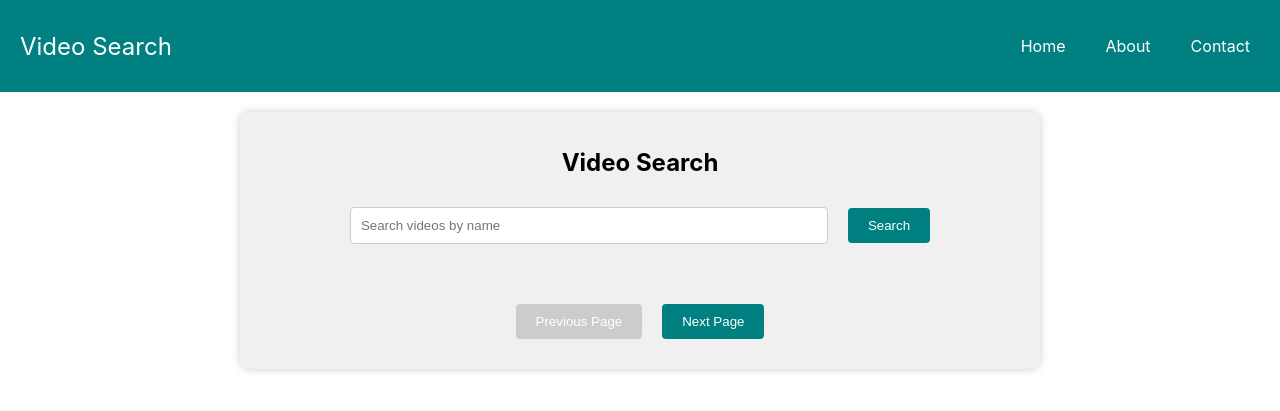
Repository: LolaSL/video-search
Page: /
An editor plug-in stored every save of this project. The page is shown before and after a run of saves, followed by the edit.
The browser window is 1280 px wide. The pictures show the whole page.
The project was rebuilt for these pictures with package versions that can differ from the ones it lists, and the page was loaded fresh each time.

Above is the page before, as saved 2023-08-12 13:59:50.

After the next 2 saves:
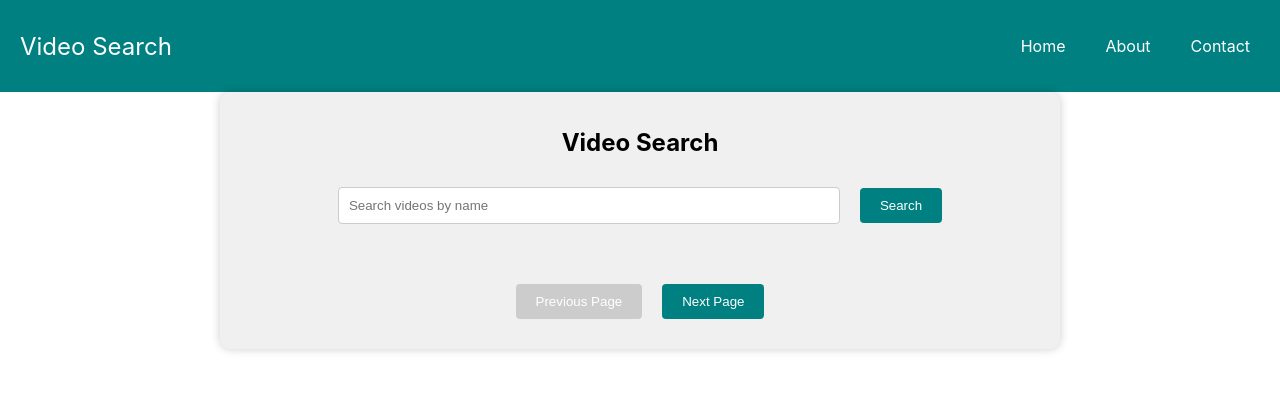
The 2 saves are shown as one change because they came seconds apart.
The last was saved 15 s later.
--- a/src/App.js
+++ b/src/App.js
@@ -9,9 +9,9 @@
     <Router>
       <div className="App">
         <Navbar />
-        <div className="container">
+
           <VideoSearch />
-        </div>
+
       </div>
     </Router>
   );

After the 2 saves that followed:
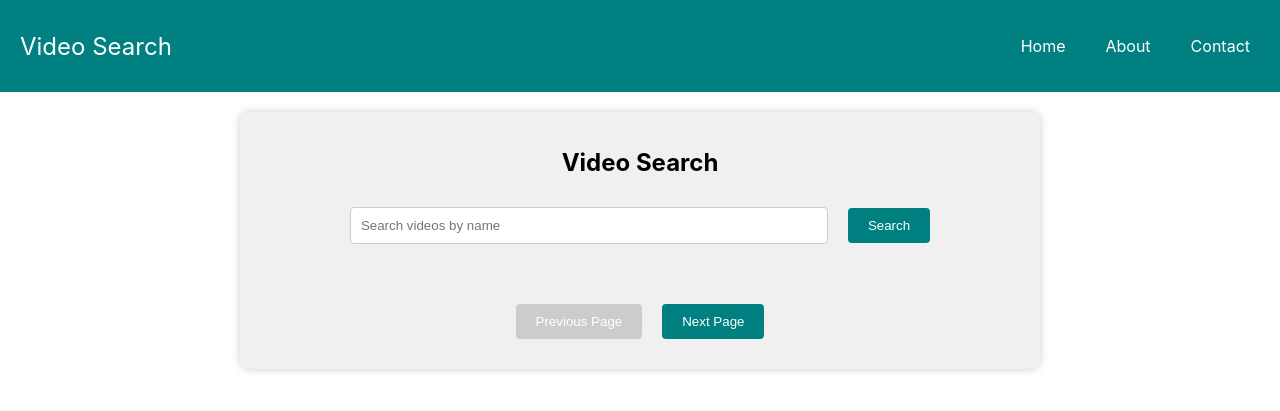
The 2 saves are shown as one change because they came seconds apart.
The last was saved 31 s later.
--- a/src/App.js
+++ b/src/App.js
@@ -9,9 +9,9 @@
     <Router>
       <div className="App">
         <Navbar />
-
+        <div className="container">
           <VideoSearch />
-
+        </div>
       </div>
     </Router>
   );
